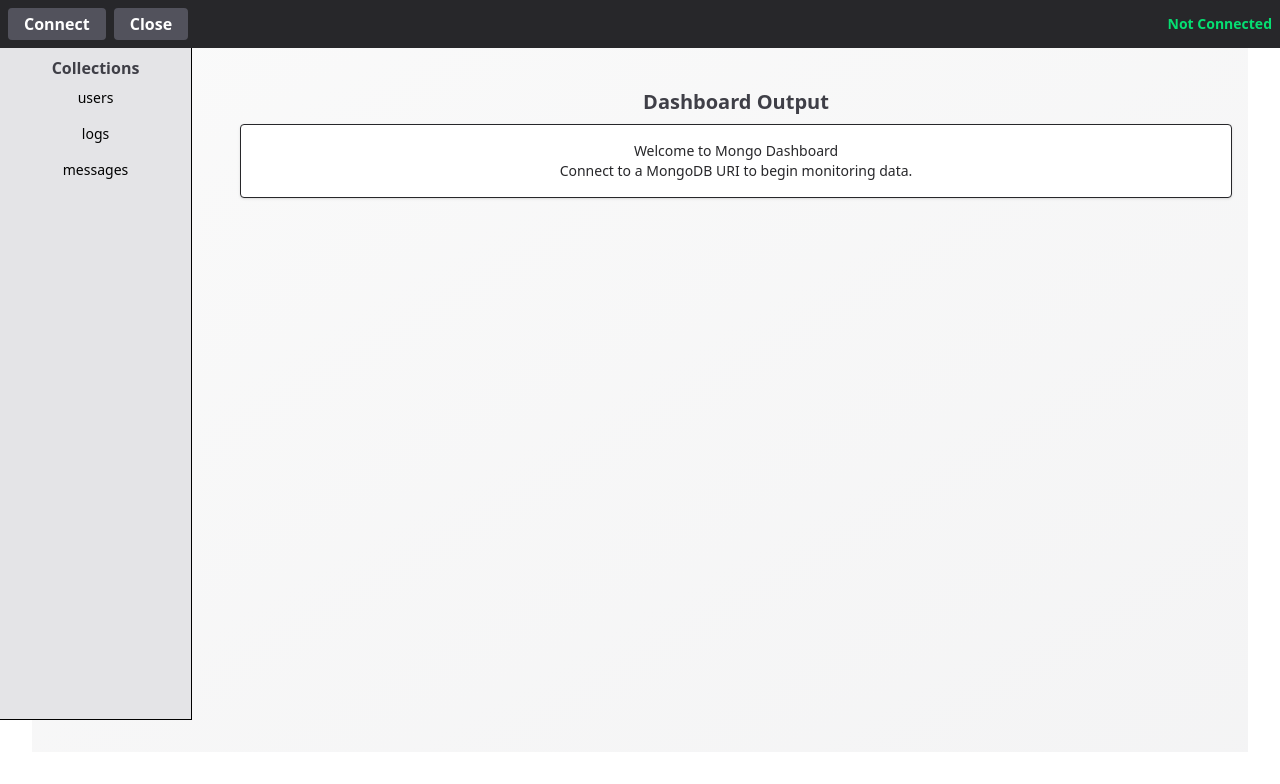
Repository: aryan151pratap/Dashboard
Page: / (app in frontened/)
The author's editor kept a copy of each file at every save. The page is drawn from the files as they stood at one save, then again after the next save.
The browser window is 1280 px wide. The pictures show the whole page.
The project was rebuilt for these pictures with package versions that can differ from the ones it lists, and the page was loaded fresh each time. Also part of the build but not shown: frontened/vite.config.js, frontened/src/component/connect.jsx.

Above is the page before, as saved 2025-06-24 13:53:30.

After the next save:
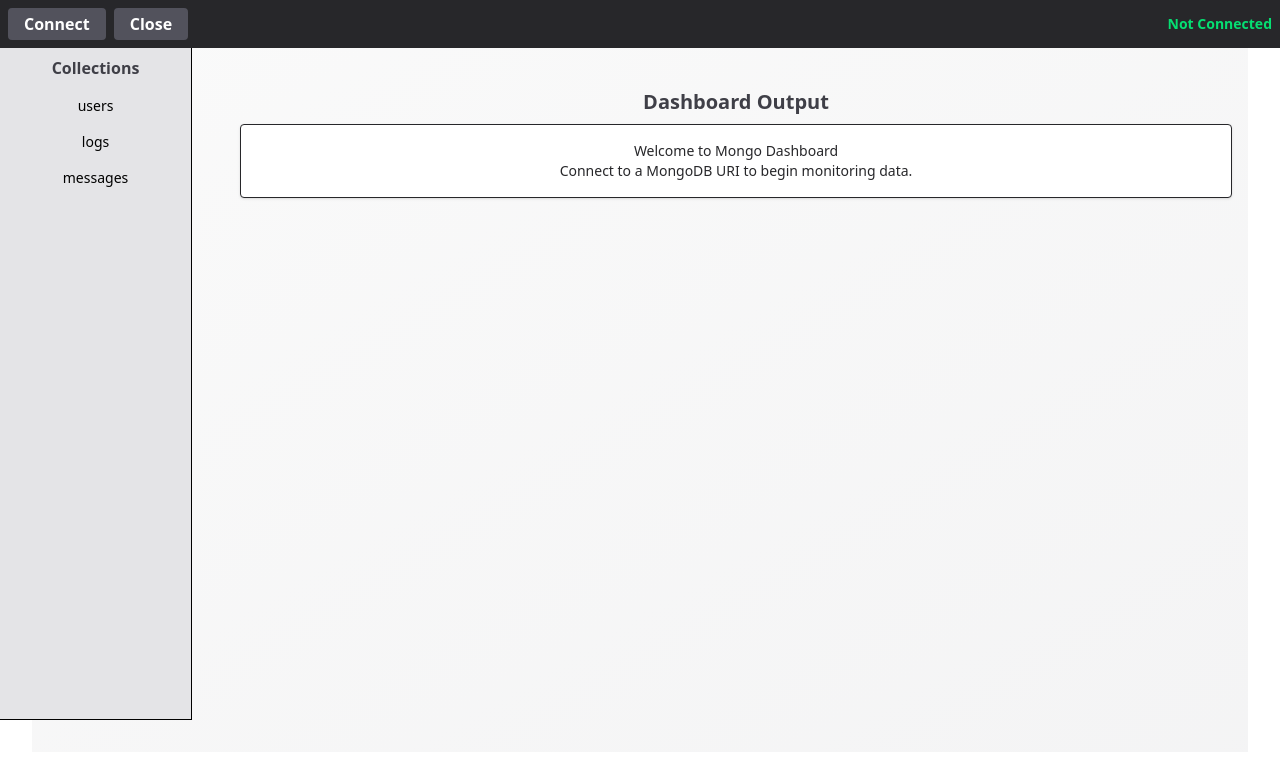
Saved 20 s later.
--- a/frontened/src/component/bar.jsx
+++ b/frontened/src/component/bar.jsx
@@ -30,7 +30,7 @@ function Bar() {
 		<div className="h-screen flex sm:flex-col md:flex-col flex-row">
 			<div className="h-fit sm:h-full w-full pt-12 sm:w-48 bg-zinc-200 absolute sm:fixed left-0 top-0 border-b sm:border-r">
 				<p className="text-center font-bold p-2 text-zinc-700">Collections</p>
-				<ul className="px-4 text-sm flex sm:flex-col flex-row gap-4">
+				<ul className="px-4 text-sm flex sm:flex-col flex-row gap-4 py-2">
 					<li className="hover:underline cursor-pointer">users</li>
 					<li className="hover:underline cursor-pointer">logs</li>
 					<li className="hover:underline cursor-pointer">messages</li>
